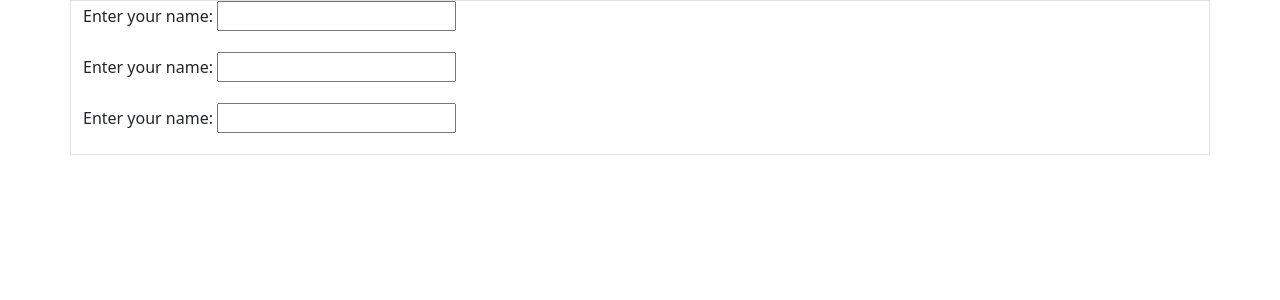
Repository: Abdulahi338/mp3-player-using-js
Page: Bootstrap/form.html
An editor plug-in stored every save of this project. The page is shown before and after a run of saves, followed by the edit.
The browser window is 1280 px wide. The pictures show the whole page.

Above is the page before, as saved 2025-02-01 14:27:44.

After the next 5 saves:
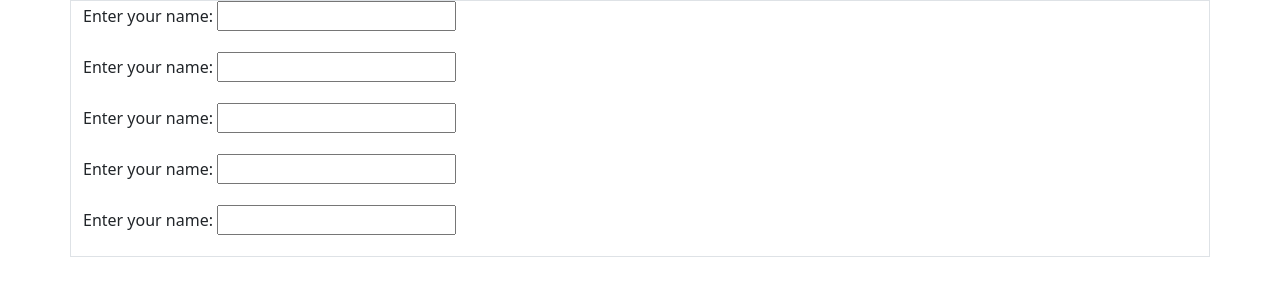
The 5 saves are shown as one change because they came seconds apart.
The last was saved 34 s later.
--- a/Bootstrap/form.html
+++ b/Bootstrap/form.html
@@ -22,6 +22,17 @@
                     <label for="name" class="form-label">Enter your name:</label>
                     <input type="text" class="form_control" name="" id="">
                 </div>
+                <div class="mb-3">
+                    <label for="name" class="form-label">Enter your name:</label>
+                    <input type="text" class="form_control" name="" id="">
+                </div>
+                <div class="mb-3">
+                    <label for="name" class="form-label">Enter your name:</label>
+                    <input type="text" class="form_control" name="" id="">
+                </div>
+                <div>
+
+                </div>
 
             </form>
 
